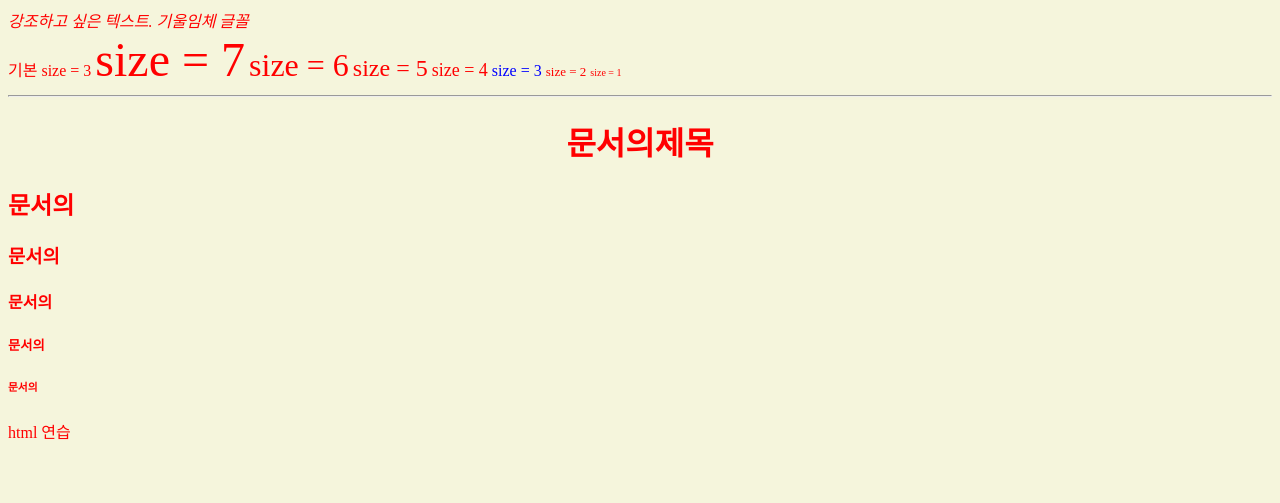
Repository: cleangggg/front
Page: html/ex03.html
These files come from the project's save history. The page is drawn as it stood at one moment and after the next save; the edit follows.
The browser window is 1280 px wide. The pictures show the whole page.

Above is the page before, as saved 2023-05-22 04:01:26.

After the next save:
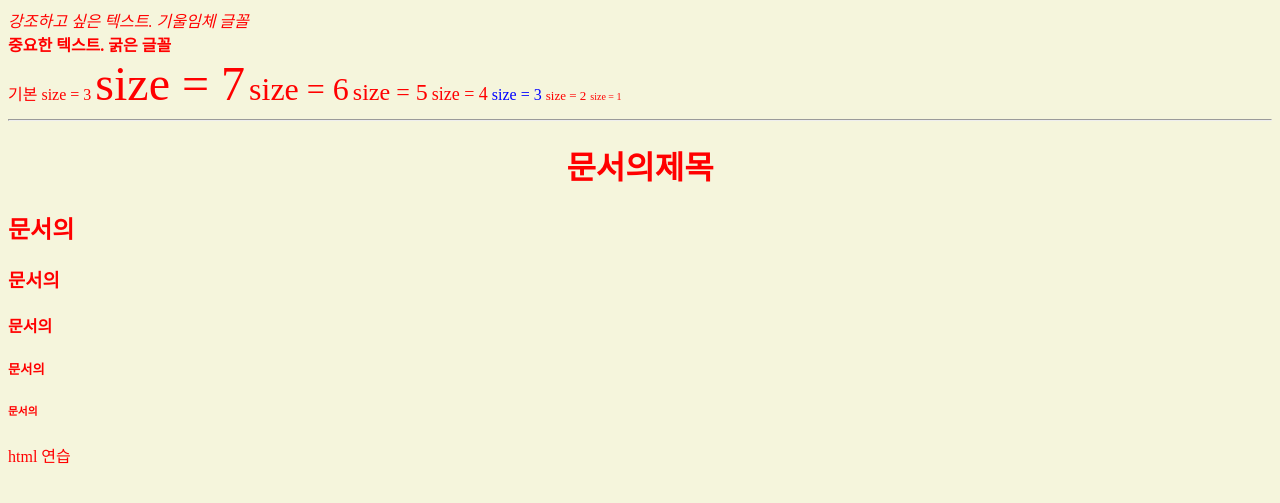
Saved 19 s later.
--- a/html/ex03.html
+++ b/html/ex03.html
@@ -7,6 +7,7 @@
 <!-- <body text = "white" bgcolor = "black"> -->
 <body style="color: red; background: beige">
 	<em>강조하고 싶은 텍스트. 기울임체 글꼴</em><br>
+	<strong>중요한 텍스트. 굵은 글꼴</strong><br>
 	<font>기본 size = 3 </font>
 	<font size="7">size = 7</font>
 	<font size="6">size = 6</font>
